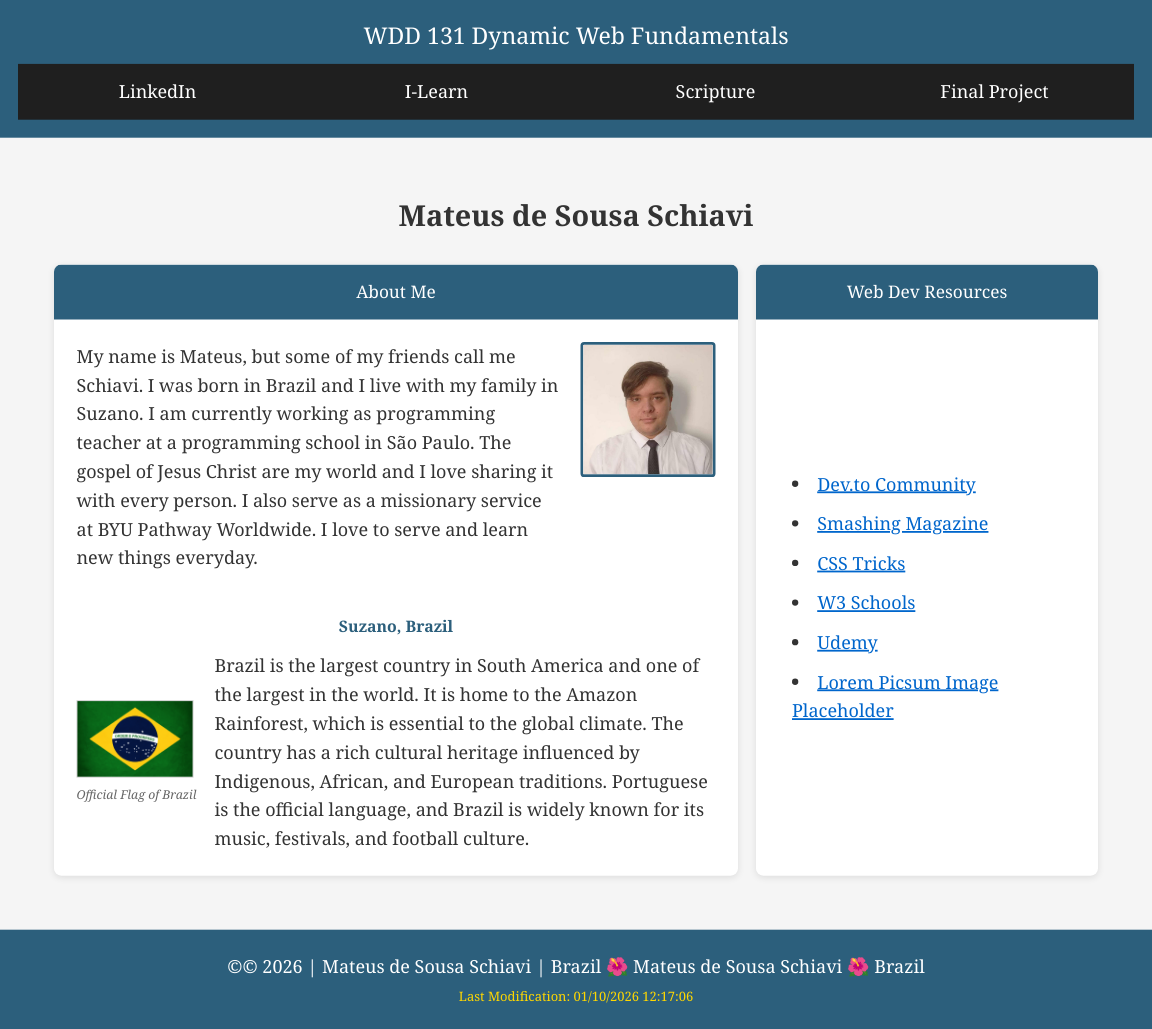
Repository: mateus-schiavi/wdd131
Page: index.html
An editor plug-in stored every save of this project. The page is shown before and after the next save, followed by the edit.
The browser window is 1280 px wide. The pictures show the whole page, at 90% of full size.
Some web fonts or font styles are not loaded; a fallback is used.

Above is the page before, as saved 2026-01-10 19:45:56.

After the next save:
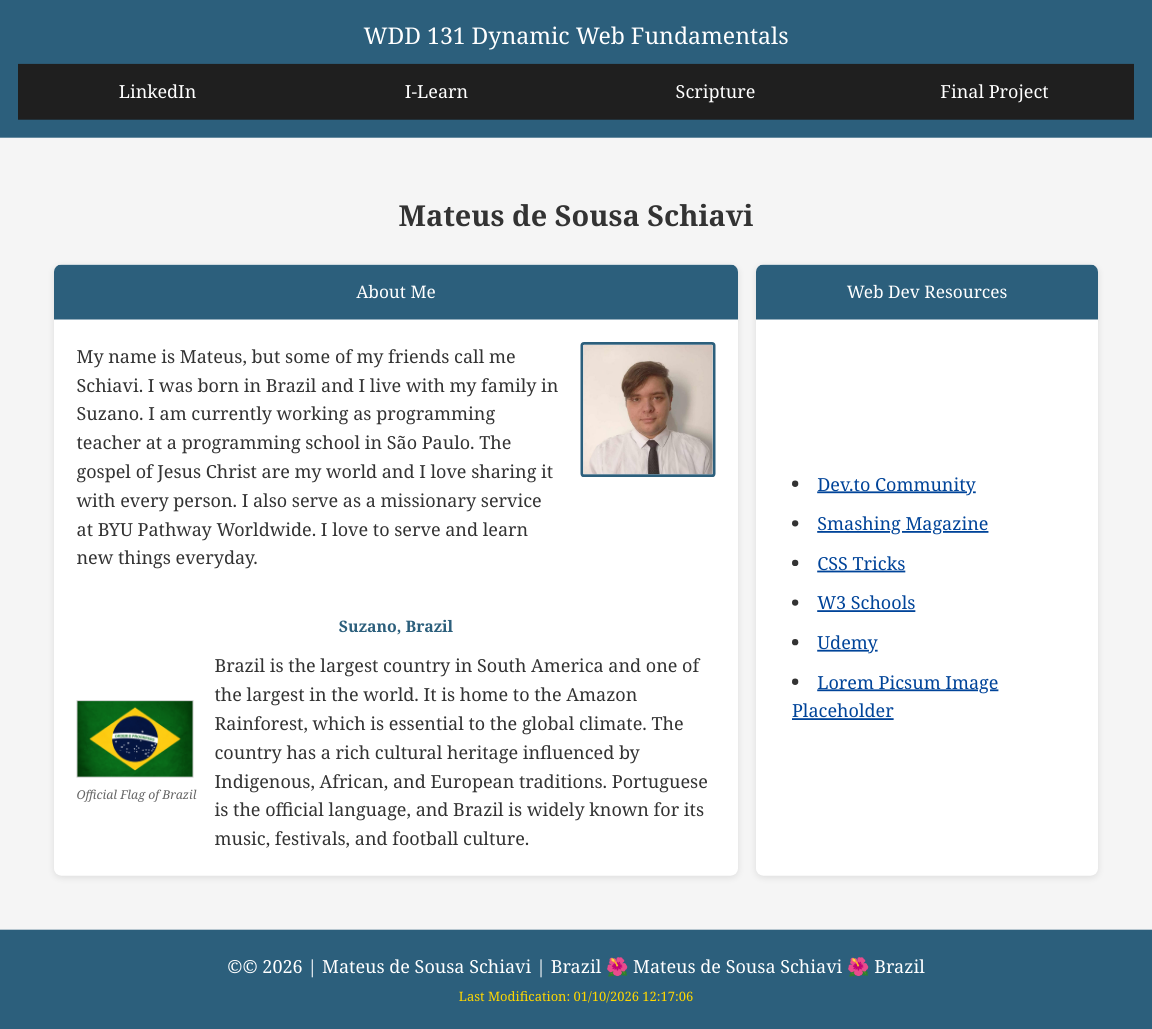
Saved 17 s later.
--- a/styles/base.css
+++ b/styles/base.css
@@ -200,7 +200,7 @@ main > h1 {
 }
 
 .resources-card a {
-  color: #0066cc;
+  color: var(--color-link-hover);
   text-decoration: underline;
   transition: color 0.2s;
 }
